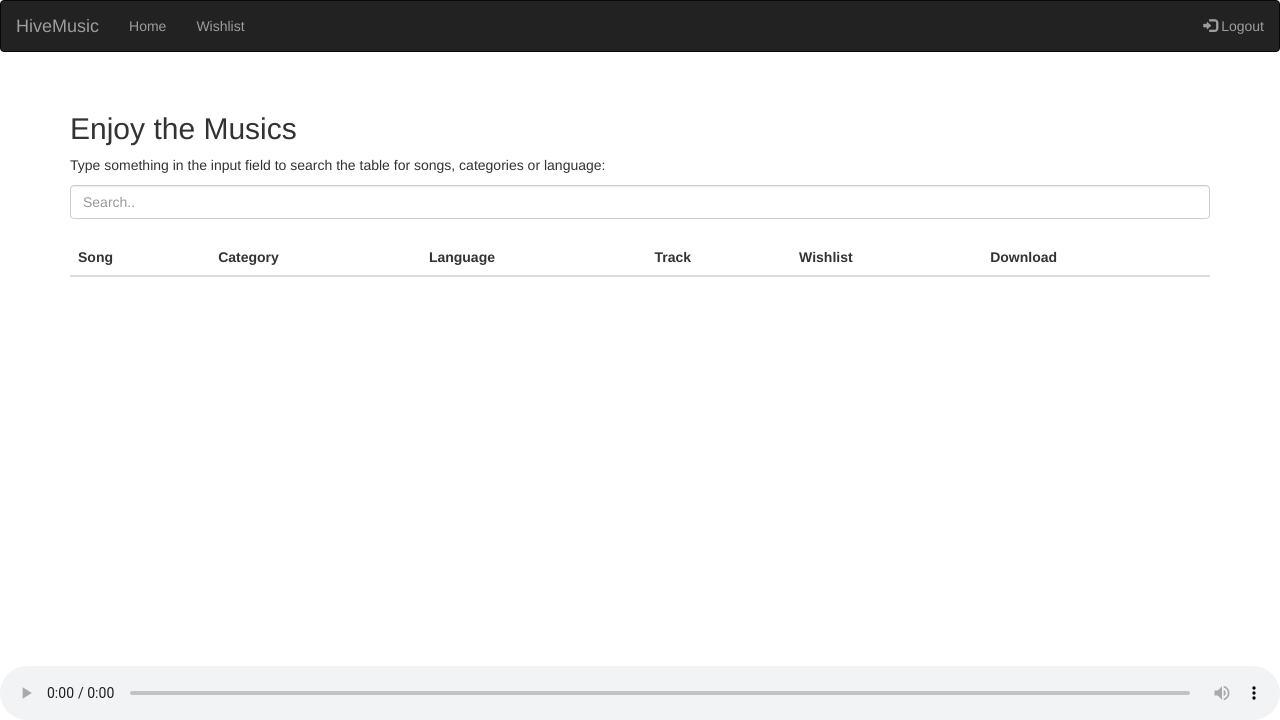
Repository: Zeocode/Online_Music_Platform
Page: http://localhost/Project1/getmusicUController
An editor plug-in stored every save of this project. The page is shown before and after the next save, followed by the edit.
The browser window is 1280 px wide. The pictures show the whole page.
The page is served by Tomcat 9. Queries for data that is not in the repository find no rows.

Above is the page before, as saved 2020-08-31 20:38:22.

After the next save:
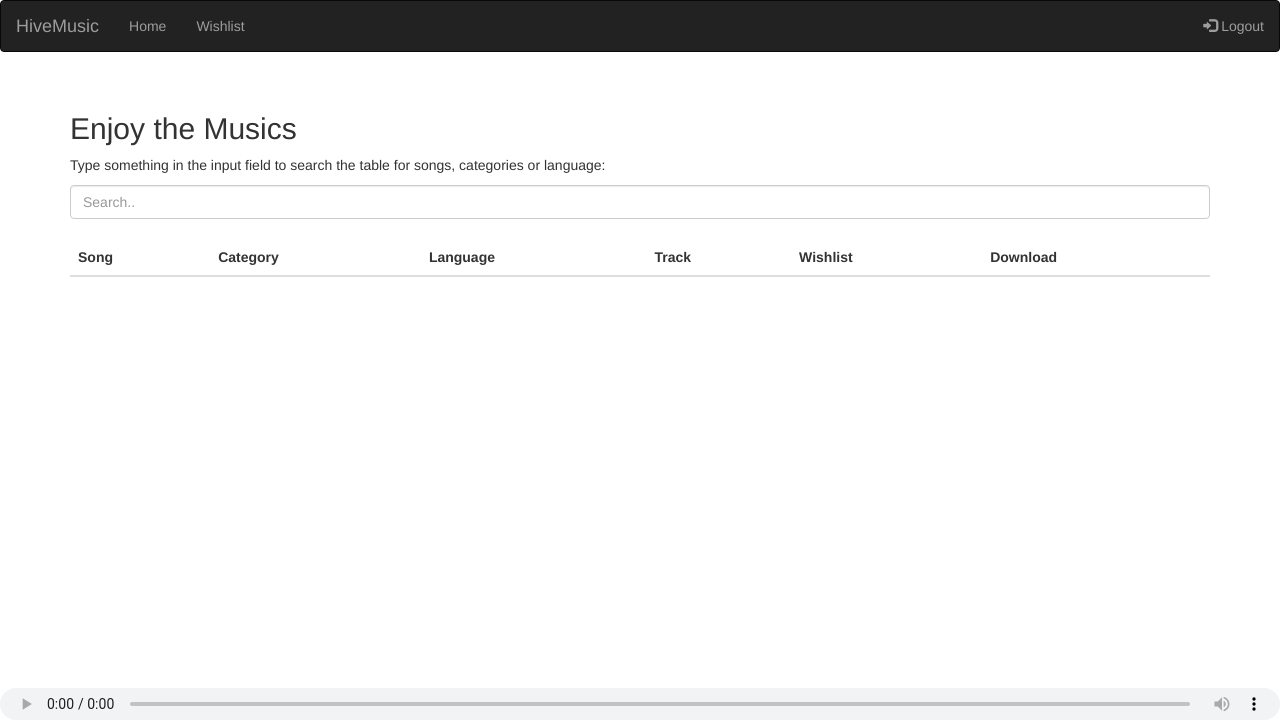
Saved 2 min 34 s later.
--- a/Project1/src/main/webapp/musicUDatabase.jsp
+++ b/Project1/src/main/webapp/musicUDatabase.jsp
@@ -19,6 +19,7 @@
 		bottom:0%;
 		left:0%;
 		width:100%;
+		height:32px;
 }
 
   </style>
